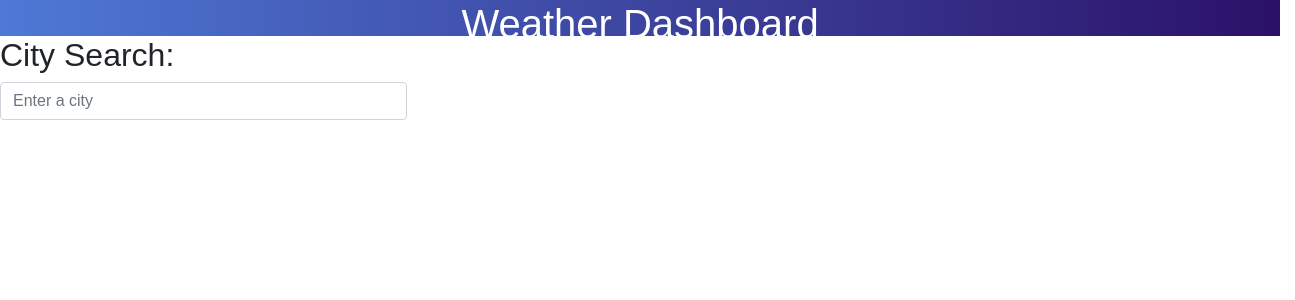
Repository: brenhamp/weather-dashboard
Page: index.html
An editor plug-in stored every save of this project. The page is shown before and after the next save, followed by the edit.
The browser window is 1280 px wide. The page is 1295 px wide, so the pictures cover 1295 px, including what lies to the right of the window. The pictures show the whole page.
Some web libraries are served in a nearby version.

Above is the page before, as saved 2021-12-10 23:21:27.

After the next save:
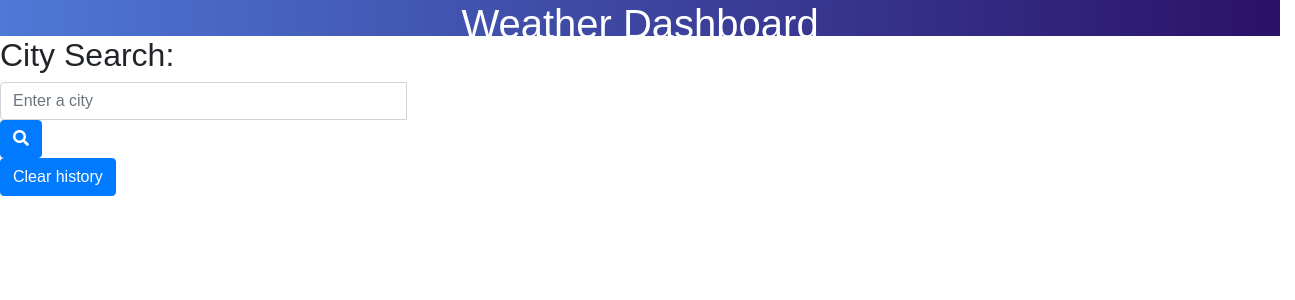
Saved 2 min 40 s later.
--- a/index.html
+++ b/index.html
@@ -19,8 +19,13 @@
             <h2>City Search:</h2>
             <div class="input-group">
                 <input id="enter-city" type="text" class="form-control" placeholder="Enter a city" aria-label="Enter a city">
-
+                <div class="input-group append">
+                    <button class="btn btn-primary" type="button" id="search-button">
+                        <i class="fas fa-search"></i>
+                    </button>
+                </div>
             </div>
+            <button class="btn btn-primary" type="button" id="clear-history">Clear history</button>
         </div>
     </div>
 
